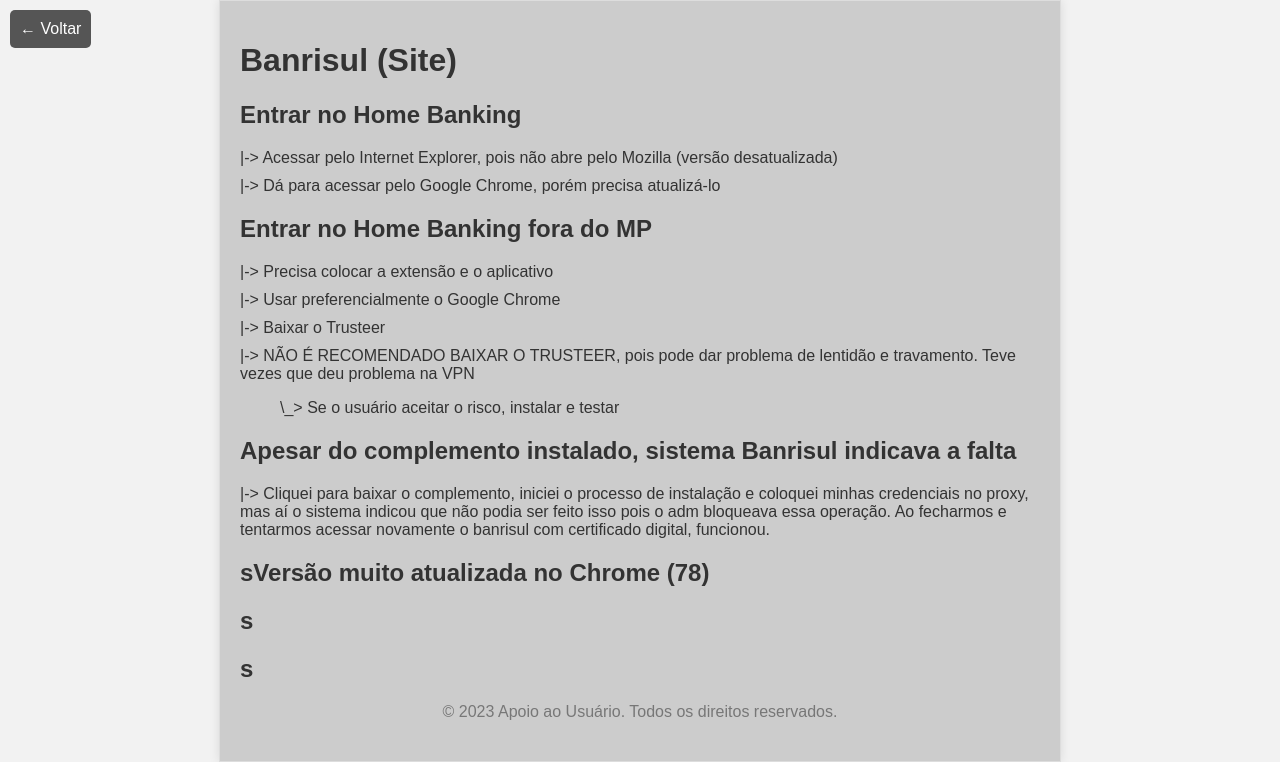
Repository: I4guito/dicasdez
Page: Dicas site/Dicas/banrisite.html
These files come from the project's save history. The page is drawn as it stood at one moment and after a run of saves; the edit follows.
The browser window is 1280 px wide. The pictures show the whole page.

Above is the page before, as saved 2023-12-06 13:19:54.

After the next 3 saves:
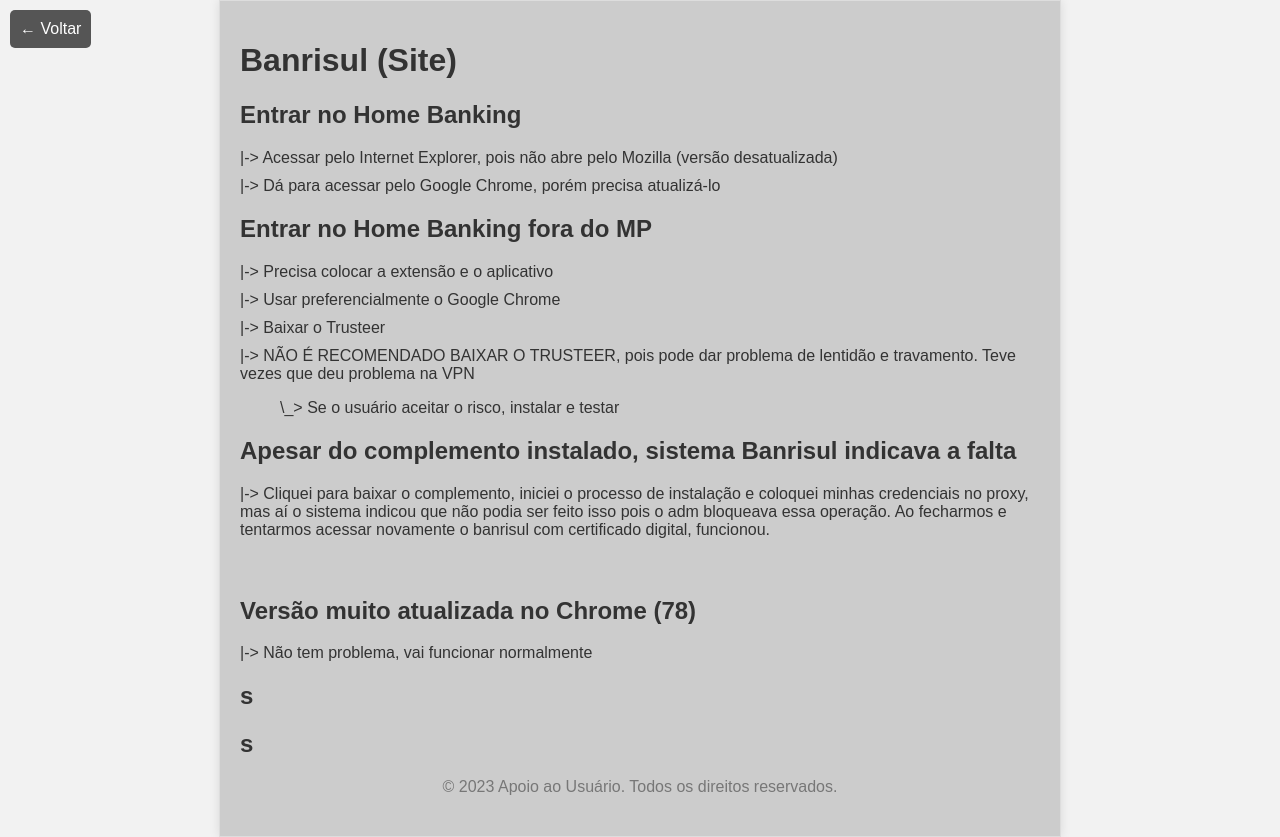
The 3 saves are shown as one change because they came seconds apart.
The last was saved 10 s later.
--- a/Dicas site/Dicas/banrisite.html
+++ b/Dicas site/Dicas/banrisite.html
@@ -39,12 +39,12 @@
             <ul>
                 <li>|-> Cliquei para baixar o complemento, iniciei o processo de instalação e coloquei minhas credenciais no proxy, mas aí o sistema indicou que não podia ser feito isso pois o adm bloqueava essa operação. Ao fecharmos e tentarmos acessar novamente o banrisul com certificado digital, funcionou.</li>
             </ul>
-        </section>
+        </section><br>
 
         <section>
-            <h2>sVersão muito atualizada no Chrome (78)</h2>
+            <h2>Versão muito atualizada no Chrome (78)</h2>
             <ul>
-                <li></li>
+                <li>|-> Não tem problema, vai funcionar normalmente</li>
                 <li></li>
             </ul>
         </section>
